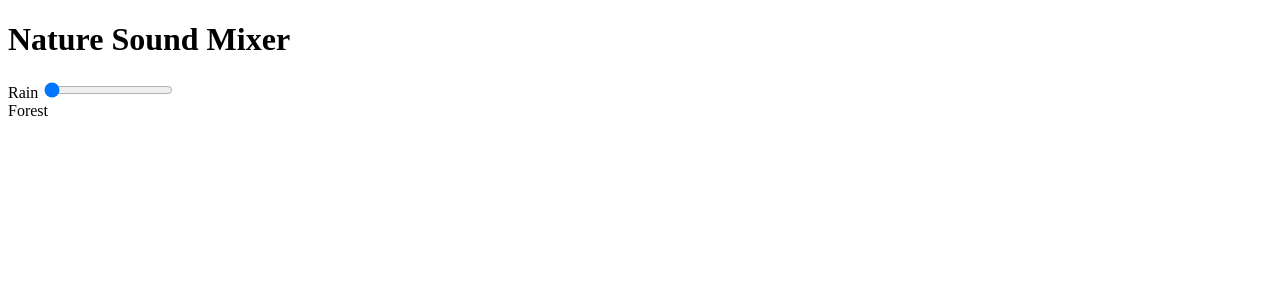
Repository: Suonii/nature-sound-mixer
Page: index.html
An editor plug-in stored every save of this project. The page is shown before and after a run of saves, followed by the edit.
The browser window is 1280 px wide. The pictures show the whole page.

Above is the page before, as saved 2024-07-24 09:32:52.

After the next 3 saves:
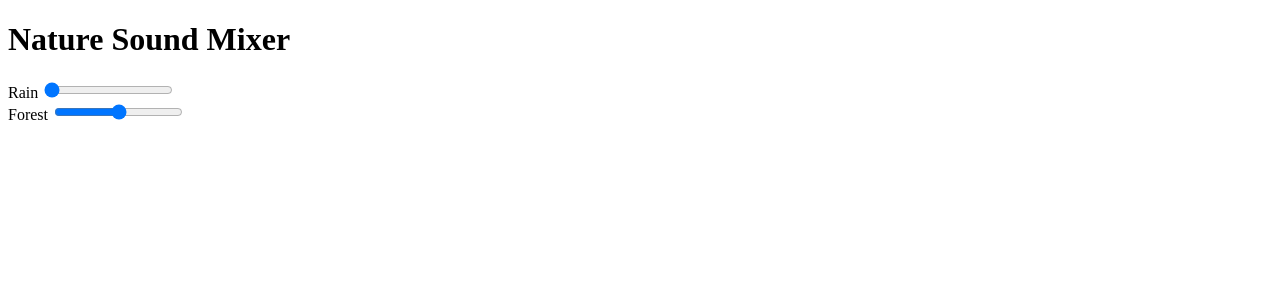
The 3 saves are shown as one change because they came seconds apart.
The last was saved 8 s later.
--- a/index.html
+++ b/index.html
@@ -32,7 +32,7 @@
         <!--label for the forest volume slider-->
         <label for="forest-slider">Forest</label>
         <!--Range input slider for controlling forest sound volume -->
-
+        <input type="range"
 
     </div>
 </body>
